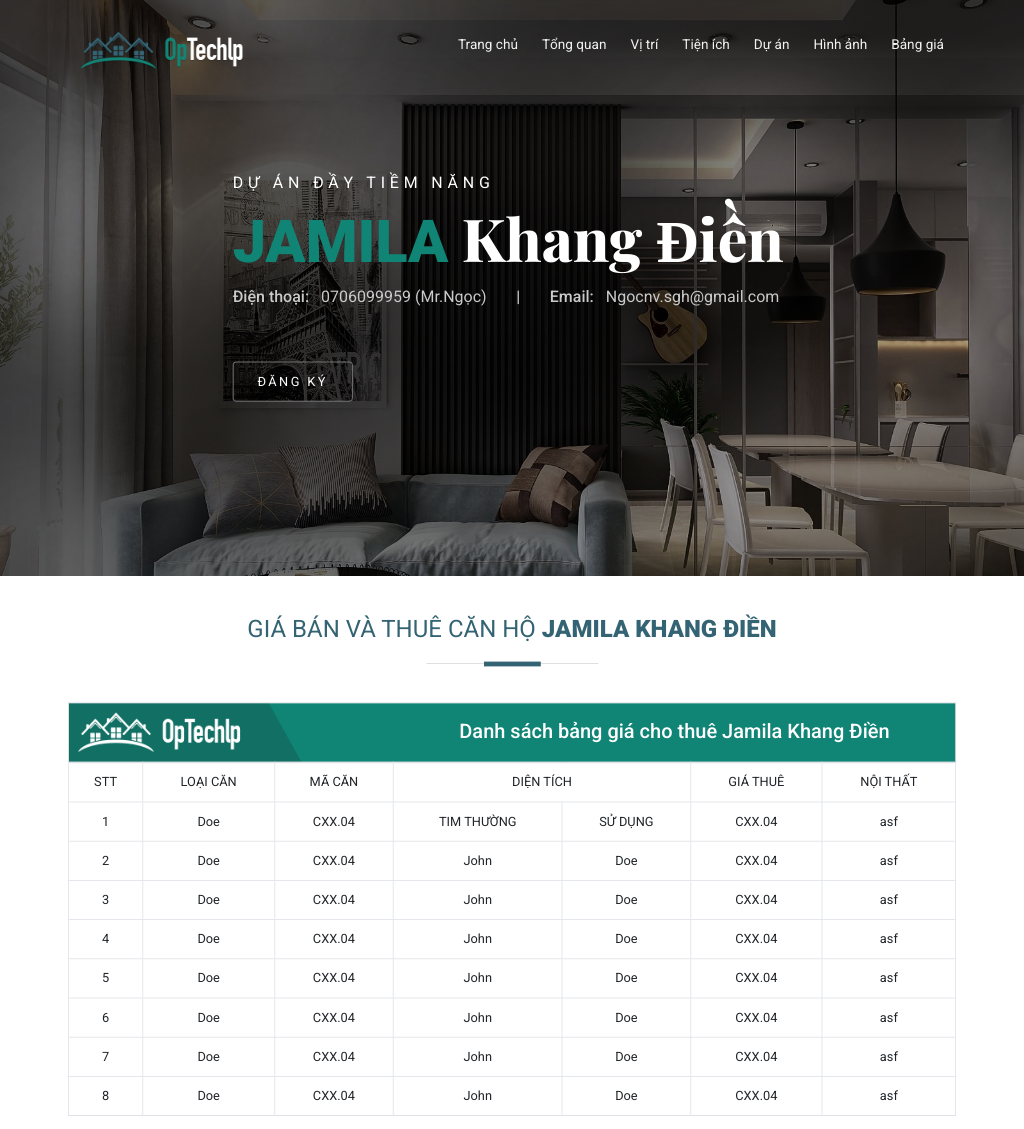
Repository: phunobi1807/Myweb
Page: index.html
An editor plug-in stored every save of this project. The page is shown before and after the next save, followed by the edit.
The browser window is 1280 px wide. The pictures show the whole page, at 80% of full size.
Some web fonts or font styles are not loaded; a fallback is used.

Above is the page before, as saved 2021-05-14 14:37:27.

After the next save:
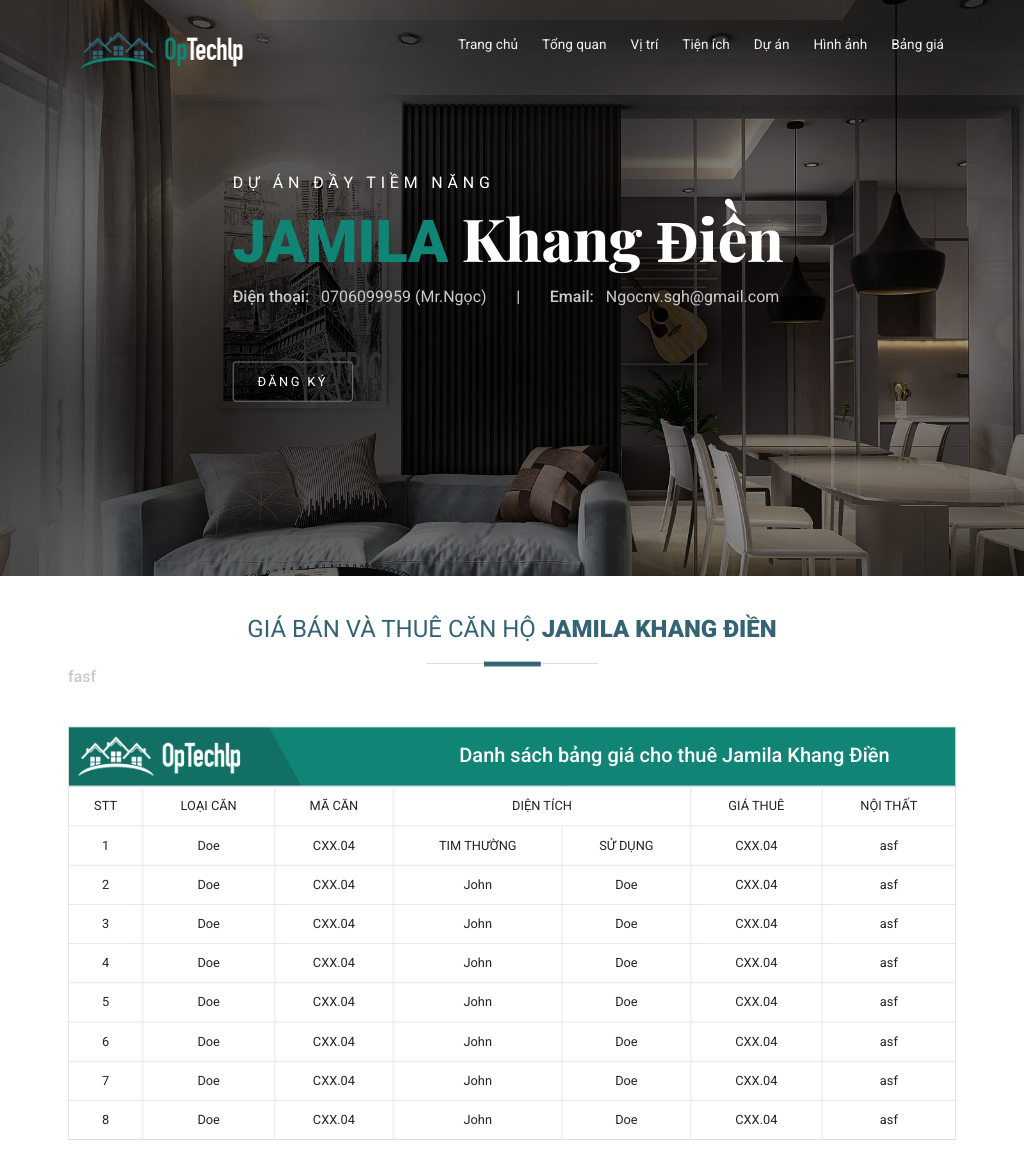
Saved 8 s later.
--- a/index.html
+++ b/index.html
@@ -149,6 +149,7 @@
                                     <p>có 150 căn đang có nhu cầu cho thuê</p>
                                 </div>
                             </th> -->
+                            <p>fasf</p>
                         </tr>
                     </thead>
                 </table>
